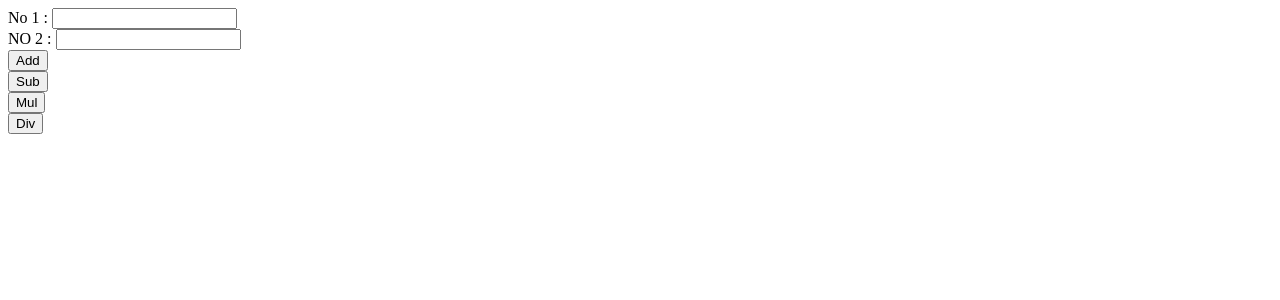
Repository: omsolanki271/Advanced-Java-Servlet-Practicals
Page: 02_HttpServlet_Project/src/main/webapp/cal.html
These files come from the project's save history. The page is drawn as it stood at one moment and after a run of saves; the edit follows.
The browser window is 1280 px wide. The pictures show the whole page.

Above is the page before, as saved 2026-02-12 08:36:46.

### 02_HttpServlet_Project/src/main/webapp/cal.html
<!DOCTYPE html>
<html>
	<head>
		<meta charset="UTF-8">
		<title>Insert title here</title>
	</head>
<body>

<form action="calweb" method="get">
	No 1 : <input type="text" name="no1"><br>
	NO 2 : <input type="text" name="no2"><br>
	<input type="submit" name="sub" value="Add"><br>
	<input type="submit" name="sub" value="Sub"><br>
	<input type="submit" name="sub" value="Mul"><br>
	<input type="submit" name="sub" value="Div">

</form>
</body>
</html>

After the next 2 saves:
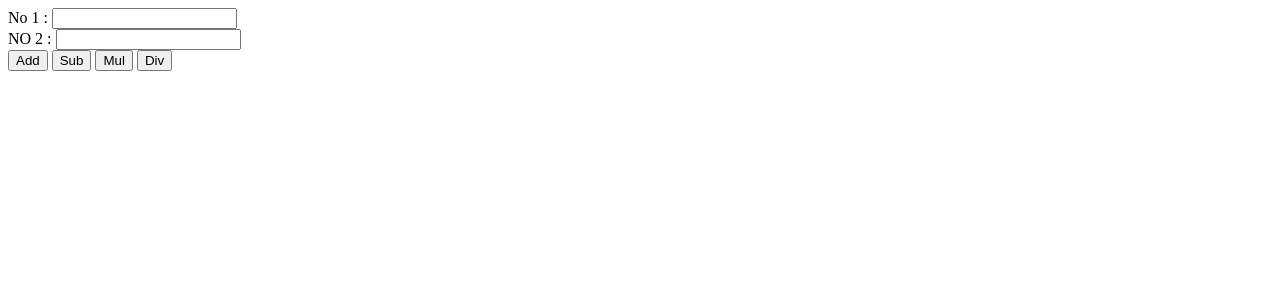
The 2 saves are shown as one change because they came seconds apart.
The last was saved 36 s later.
--- a/02_HttpServlet_Project/src/main/webapp/cal.html
+++ b/02_HttpServlet_Project/src/main/webapp/cal.html
@@ -9,9 +9,9 @@
 <form action="calweb" method="get">
 	No 1 : <input type="text" name="no1"><br>
 	NO 2 : <input type="text" name="no2"><br>
-	<input type="submit" name="sub" value="Add"><br>
-	<input type="submit" name="sub" value="Sub"><br>
-	<input type="submit" name="sub" value="Mul"><br>
+	<input type="submit" name="sub" value="Add">
+	<input type="submit" name="sub" value="Sub">
+	<input type="submit" name="sub" value="Mul">
 	<input type="submit" name="sub" value="Div">
 
 </form>
